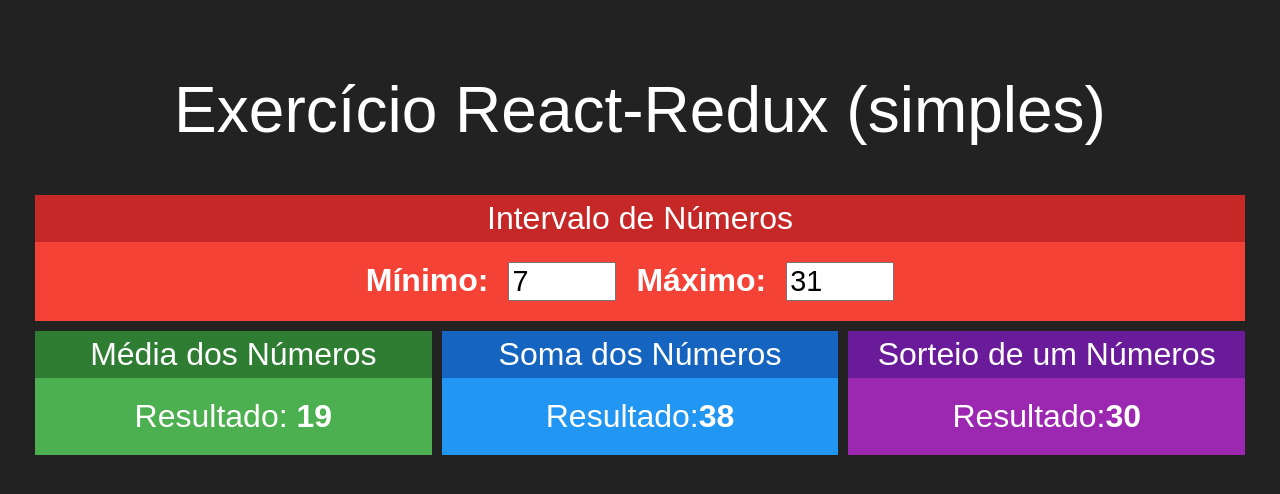
Repository: Henrique-Franca/Clear-Redux-Simples
Page: /
An editor plug-in stored every save of this project. The page is shown before and after the next save, followed by the edit.
The browser window is 1280 px wide. The pictures show the whole page.
The project was rebuilt for these pictures with package versions that can differ from the ones it lists, and the page was loaded fresh each time.

Above is the page before, as saved 2022-11-22 11:23:22.

### src/index.js
import React from 'react';
import ReactDOM from 'react-dom/client';
import './index.css';
import App from './App';
import reportWebVitals from './reportWebVitals';

import {Provider} from "react-redux"
import configStore from './components/store/storeConfig';

const store = configStore()

const root = ReactDOM.createRoot(document.getElementById('root'));
root.render(
  <Provider store={store}>
    <React.StrictMode>
      <App />
    </React.StrictMode>
  </Provider>

);

// If you want to start measuring performance in your app, pass a function
// to log results (for example: reportWebVitals(console.log))
// or send to an analytics endpoint. Learn more: https://bit.ly/CRA-vitals
reportWebVitals();

### src/index.css
body{
  background-color: #222;
  font-size: 2rem;
  font-family: Arial, Helvetica, sans-serif;
  color: #fff;
  margin: 30px;
}

### src/App.js
import './App.css';
import React from 'react';

import Intervalo from './components/Intervalo';
import Media from './components/Media';
import Soma from './components/Soma';
import Sorteio from './components/Sorteio';

function App() {


  return (
    <div className="App">
      <h1>Exercício React-Redux (simples)</h1>

      <div className='linha'>
        <Intervalo ></Intervalo>
      </div>
      <div className='linha'>
        <Media></Media>
        <Soma></Soma>
        <Sorteio></Sorteio>
      </div>
    </div>
  );
}

export default App;

### src/components/store/storeConfig.js
import {createStore,combineReducers} from 'redux'

const reducers = combineReducers({
    numeros: function(state, action){

        switch(action.typoe){
            case 'NUM_MIN_ALTERADO':
                return{
                    ...state,
                    min: action.payload
                }
            default:
                return {
                    min: 7,
                    max: 31
                }
        }

    },

    nomes: function(state, action){
        console.log('Reducer Nomes...')
        console.log(state, '', action)
        return[
            'Ana',
            'Bia',
            'Carlos'
        ]
    }
})


function storeConfig(){
    return createStore(reducers)
}

export default storeConfig

### src/components/Intervalo.jsx
import './Intervalo.css'
import React from 'react'
import { connect } from 'react-redux'

import Card from './Card'
import {alterarNumeroMinimo} from './store/actions/numeros'

function Intervalo(props){

    const {min, max} = props
    props.alterarMinimo(1000)

    return (
        <Card title='Intervalo de Números' red>
            <div className="Intervalo">
                <span>
                    <strong>Mínimo:</strong>
                    <input type="number" value={min} readOnly/>
                </span>
                <span>
                    <strong>Máximo:</strong>
                    <input type="number" value={max} readOnly/>
                </span>
            </div>

        </Card>
    )

}

function mapStateToProps(state) {
    return {
      min: state.numeros.min,
      max: state.numeros.max,
    };
  }

function mapActionCreatorsToProps(dispatch){
    return{
        alterarMinimo(novoNumero) {
            // action creator -> action
            const action = alterarNumeroMinimo(novoNumero);
            dispatch(action);
          }
    }
}

export default connect(
    mapStateToProps,
    mapActionCreatorsToProps
    )(Intervalo)

### src/components/Media.jsx
import React from 'react'
import { connect } from 'react-redux'

import Card from './Card'

const Media = props =>{

  const {min,max} = props

  return (
    <Card title="Média dos Números" green>
      <div>
        <span>
          <span>Resultado: </span>
          <strong>{(max + min) / 2}</strong>
        </span>
      </div>
    </Card>
    )

}

function mapStateToProps(state){
  return{
    min: state.numeros.min,
    max: state.numeros.max,

  }
}

export default connect(mapStateToProps)(Media)

### src/components/Soma.jsx
import React from 'react'
import { connect } from 'react-redux'

import Card from './Card'

function Soma(props) {

    const {min, max} = props

    return (
        <Card title='Soma dos Números' blue>

            <div >
                <span>
                    <span>Resultado:</span>
                    <strong>{max+min}</strong>
                </span>

            </div>

        </Card>
    )

}

function mapStateToProps(state){
    return{
        min: state.numeros.min,
        max: state.numeros.max
    }
}

export default connect(mapStateToProps)(Soma)

### src/components/Sorteio.jsx
import React from 'react'
import { connect } from 'react-redux'

import Card from './Card'

function Sorteio(props){
    const {min, max} = props
    const aleatorio = parseInt(Math.random() * (max - min)) + min

    return (
        <Card title='Sorteio de um Números' purple>

            <div >
                <span>
                    <span>Resultado:</span>
                    <strong>{aleatorio}</strong>
                </span>

            </div>

        </Card>
    )

}
function mapStateToProps(state){
    return{
        min: state.numeros.min,
        max: state.numeros.max
    }
}

export default connect(mapStateToProps)(Sorteio)

### src/components/Intervalo.css
.Intervalo input{
    font-size: 1.8rem;
    margin-left: 20px;
    margin-right: 20px;
    width: 100px;
}

### src/components/Card.jsx
import './Card.css'
import React from 'react'

function getColor(props){
    if(props.red) return "Red"
    if(props.blue) return "Blue"
    if(props.green) return "Green"
    if(props.purple) return "Purple"
    return ""
}

export default props=>{

    return (
        <div className={`Card ${getColor(props)}`}>

            <div className="Header">
                <span className='Title'>{props.title}</span>
            </div>
            <div className='Content'>
                {props.children}
            </div>

        </div>
    )

}

### src/components/store/actions/numeros.js

//Action Creator
export function alterarNumeroMinimo(novoNumero){

    return{
        type:'NUM_MIN_ALTERADO',
        payload: novoNumero
    }

}

### src/components/Card.css
.Card {
    flex: 1;
    display: flex;
    flex-direction: column;
    margin: 5px;
}

.Card .Header {
    display: flex;
    justify-content: center;
}

.Card .Header .Title {
    flex: 1;
    padding: 5px;
}

.Card .Content {
    padding: 20px;
}

.Card.Red .Header { color: #FFF; background-color: #c62828; }
.Card.Red .Content { background-color: #f44336; }

.Card.Green .Header { color: #FFF; background-color: #2e7d32; }
.Card.Green .Content { background-color: #4caf50; }

.Card.Blue .Header { color: #FFF; background-color: #1565c0; }
.Card.Blue .Content { background-color: #2196f3; }

.Card.Purple .Header { color: #FFF; background-color: #6A1B9A; }
.Card.Purple .Content { background-color: #9c27b0; }

Loaded but not shown: public/index.html (common file); src/reportWebVitals.js (common file); src/App.css (common file)

After the next save:
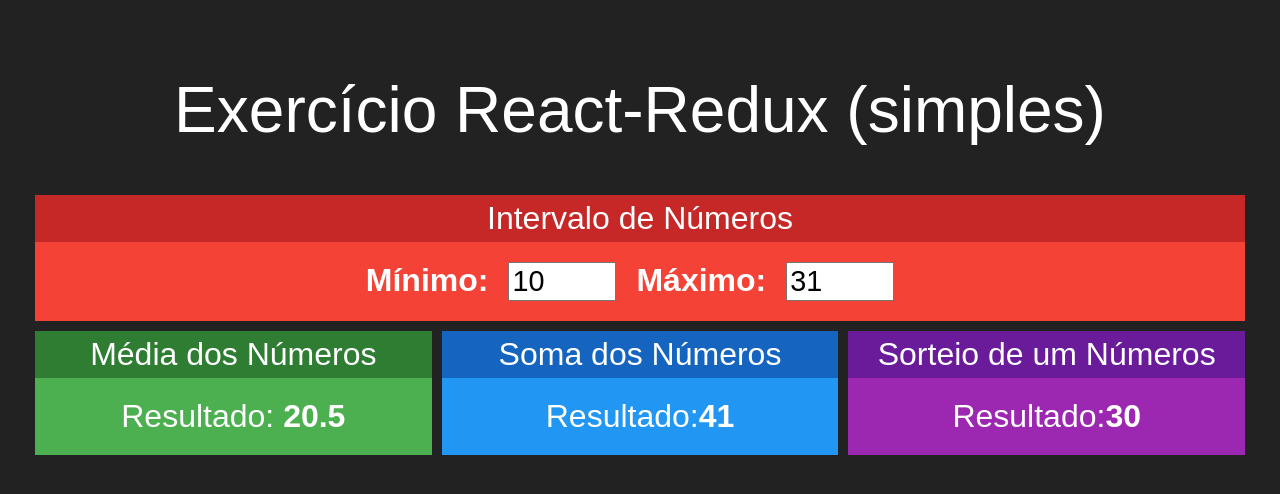
Saved 6 s later.
--- a/src/components/store/storeConfig.js
+++ b/src/components/store/storeConfig.js
@@ -11,7 +11,7 @@ const reducers = combineReducers({
                 }
             default:
                 return {
-                    min: 7,
+                    min: 10,
                     max: 31
                 }
         }
